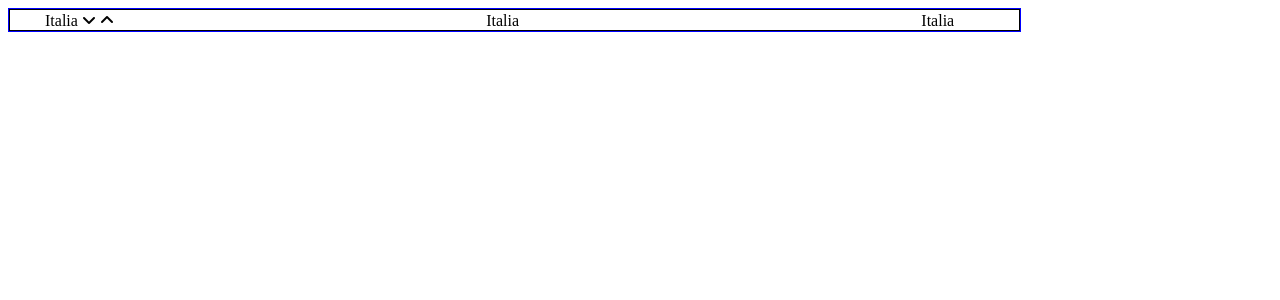
Repository: jacoporm1989/studioFlexbox
Page: FLEXBOX/header+navbar+hero1/index.html
The author's editor kept a copy of each file at every save. The page is drawn from the files as they stood at one save, then again after the next save.
The browser window is 1280 px wide. The pictures show the whole page.

Above is the page before, as saved 2026-06-15 15:22:40.

### FLEXBOX/header+navbar+hero1/index.html
<!DOCTYPE html>
<html lang="en">

<head>
    <meta charset="UTF-8">
    <meta name="viewport" content="width=device-width, initial-scale=1.0">
    <link rel="stylesheet" href="style.css">
    <link rel="stylesheet"
          href="https://cdnjs.cloudflare.com/ajax/libs/font-awesome/6.7.2/css/all.min.css">
    <title>Header+Hero</title>
</head>

<body>


    <div class="container">


        <header>

            <div class="menu-sopra">

                <ul>
                    <li>Italia
                        <i class="fa-solid fa-angle-down">
                            <i class="fa-solid fa-angle-up"></i>
                        </i>
                    </li>

                </ul>
                <ul>
                    <li>Italia</li>
                    <li></li>
                </ul>

                <ul>
                    <li>Italia</li>
                    <li></li>
                </ul>


            </div>




            <div class="navbar">




            </div>


        </header>









    </div>


</body>

</html>

### FLEXBOX/header+navbar+hero1/style.css
.container{
    border:1px solid blue;
    width:80%;
}



.menu-sopra{
    border: 1px solid black;
    display:flex;
    flex-direction:row;
    justify-content: space-between;
    align-items:center;
    padding-left:35px;
    padding-right:35px;
    padding-top:2px;
}

.menu-sopra > ul{
    display:flex;
    flex-direction: row;
    gap: 30px;
    list-style:none;
    margin:0;
    padding:0;
}

After the next save:
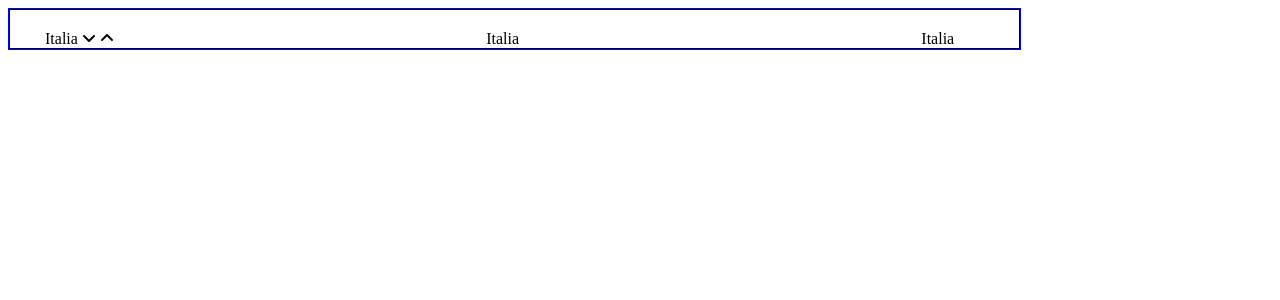
Saved 5 s later.
--- a/FLEXBOX/header+navbar+hero1/style.css
+++ b/FLEXBOX/header+navbar+hero1/style.css
@@ -13,7 +13,7 @@
     align-items:center;
     padding-left:35px;
     padding-right:35px;
-    padding-top:2px;
+    padding-top:20px;
 }
 
 .menu-sopra > ul{
